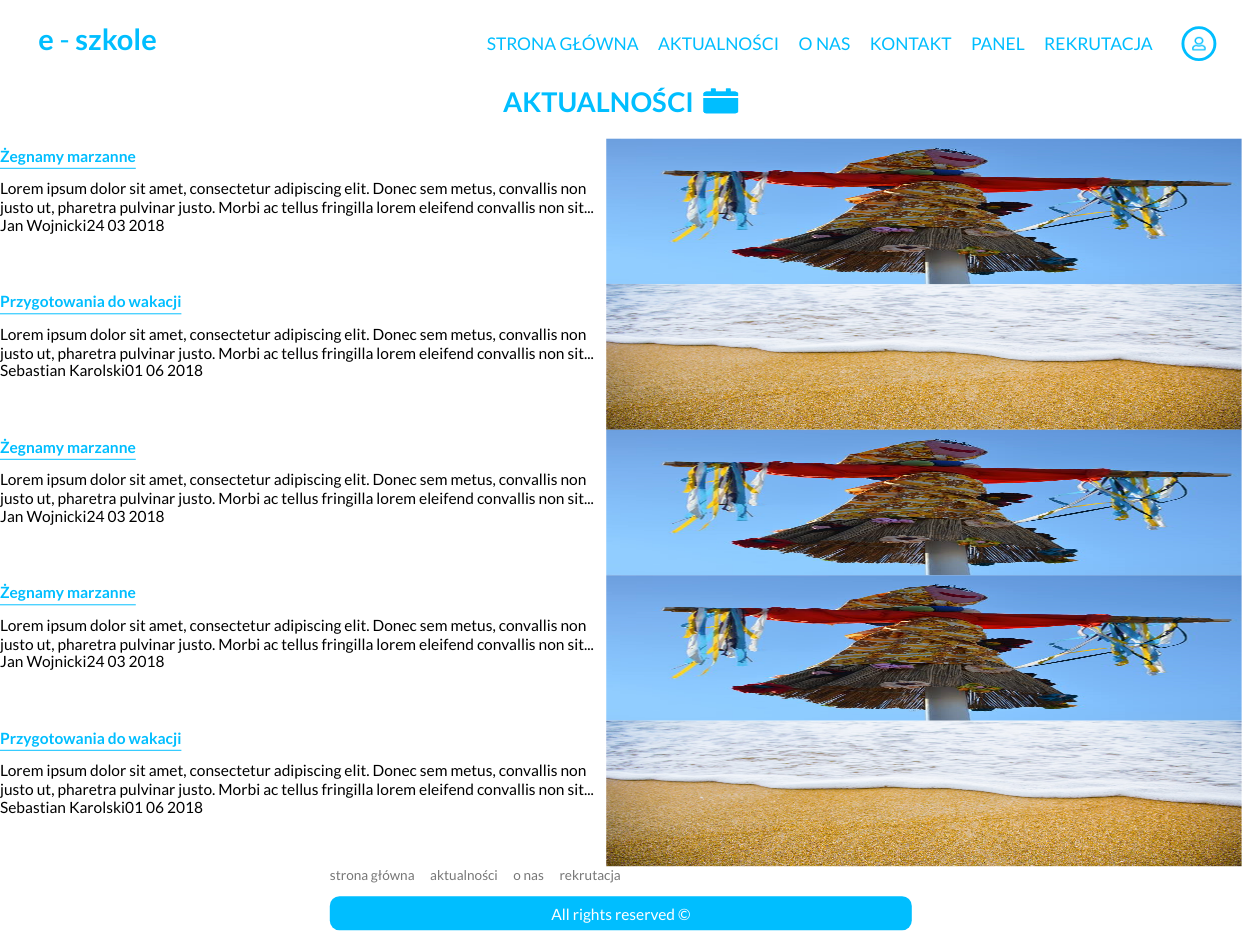
Repository: Votex874/e-szkole
Page: /blog (app in app/)
These files come from the project's save history. The page is drawn as it stood at one moment and after the next save; the edit follows.
The browser window is 1280 px wide. The pictures show the whole page, at 97% of full size.
The project was rebuilt for these pictures with package versions that can differ from the ones it lists, and the page was loaded fresh each time. Also part of the build but not shown: app/src/components/News/Title/index.js, app/src/components/News/Content/index.js, app/src/components/News/Avatar/index.js, app/src/components/News/Footer/index.js, app/src/components/News/index.js, app/src/components/AboutUs/Content/index.js, app/src/components/AboutUs/index.js, app/src/components/Graduates/ListItem/index.js and 11 more.

Above is the page before, as saved 2019-03-05 19:21:36.

After the next save:
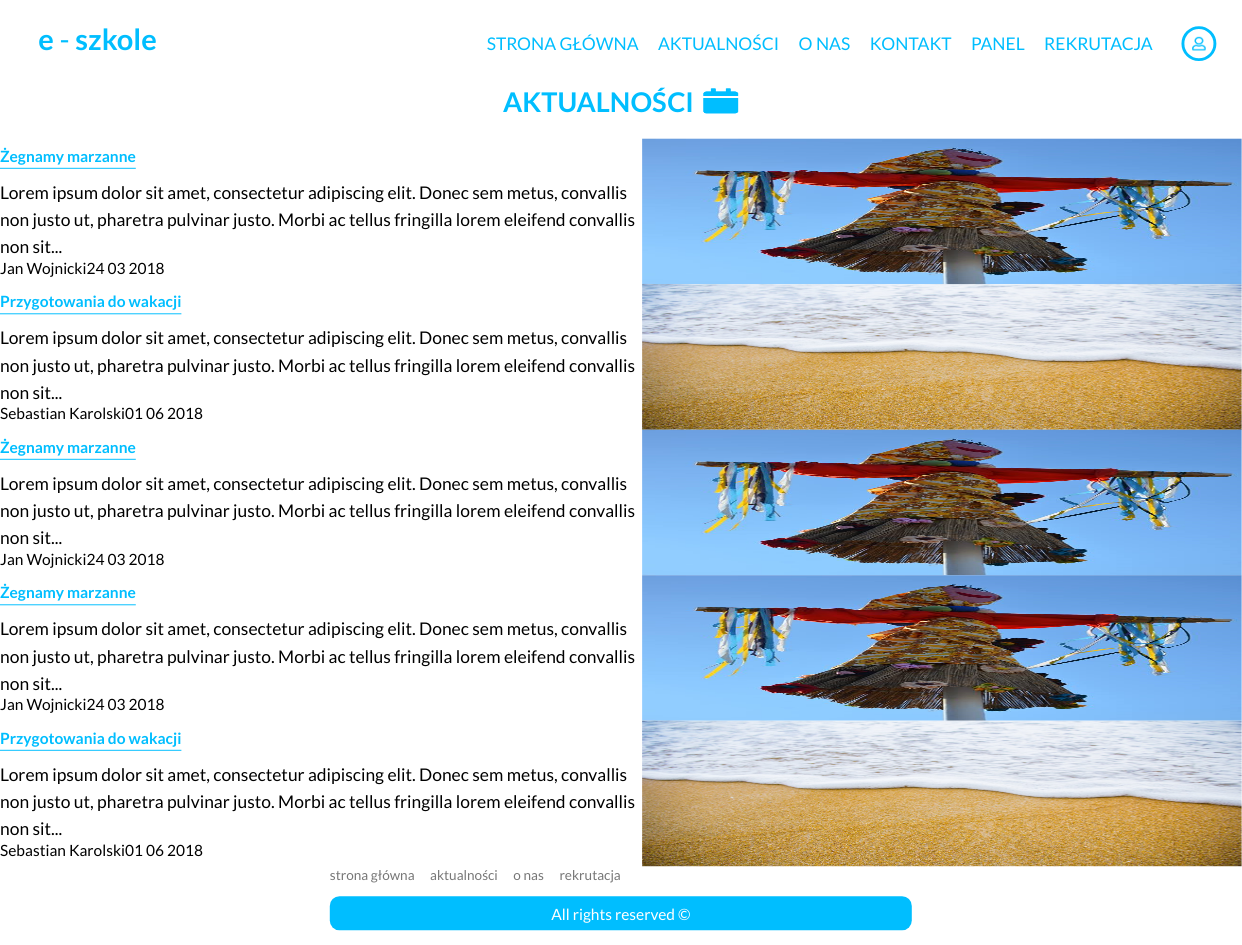
Saved 21 s later.
--- a/app/src/components/Blog/Post/Content/index.js
+++ b/app/src/components/Blog/Post/Content/index.js
@@ -2,7 +2,8 @@ import React from 'react'
 import styled from 'styled-components'
 
 const TextContainer = styled.p`
-  line-height: 20px;
+  font-size: 18px;
+  line-height: 28px;
   @media (max-width: 767px){
     line-height: 24px;
     font-size: 16px;
